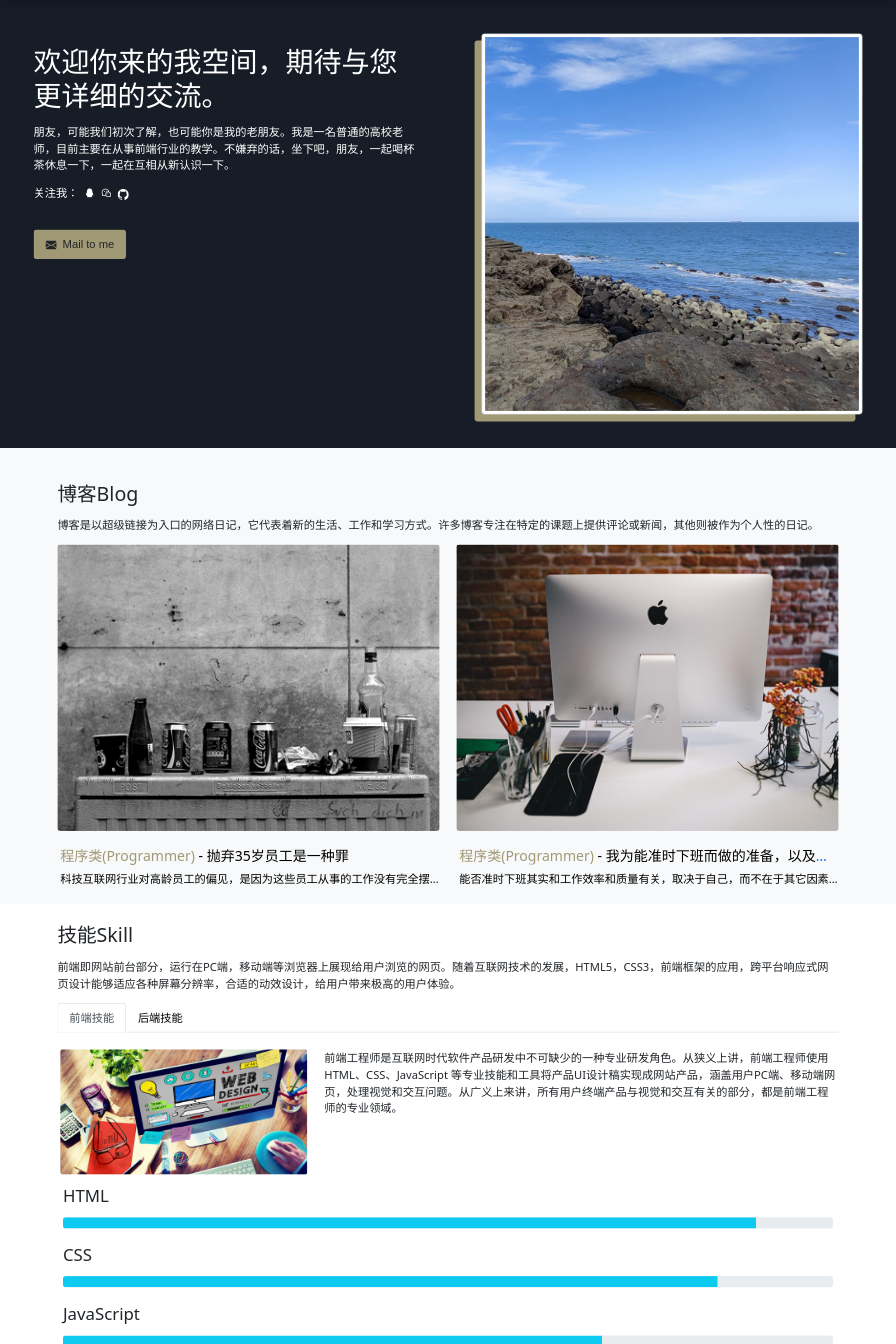
Repository: herjuandlonely/github.io
Page: index.html
An editor plug-in stored every save of this project. The page is shown before and after the next save, followed by the edit.
The browser window is 1280 px wide. The pictures show the part of the page from y = 0 to 1920 px (the page is 3812 px tall), at 70% of full size.

Above is the page before, as saved 2022-06-29 14:17:33.

### index.html
<!DOCTYPE html>
<html lang="en">
<head>
    <meta charset="UTF-8">
    <meta http-equiv="X-UA-Compatible" content="IE=edge">
    <meta name="viewport" content="width=device-width, initial-scale=1.0">
    <link rel="stylesheet" href="./bootstrap-4.6.1-dist/css/bootstrap.min.css">
    <link rel="stylesheet" href="./CSS/index.css">
    <link rel="stylesheet" href="./CSS/normalize.css">
    <link rel="stylesheet" href="./icon/font_3484823_t6q6q64gri/iconfont.css">
    <script src="./bootstrap-4.6.1-dist/js/bootstrap.bundle.min.js"></script>
    <title>Herju的个人网站</title>
</head>
<body class=" bg-light"  data-bs-spy="scroll" data-bs-target=".navbar">
    <!-- nav start -->
    <div class="container-fluid px-0 shadow navbarControl">
        <nav class="navbar navbar-expand-md navbar-dark navbarBg">
            <div class="container-fluid px-4">
                <a class="navbar-brand ms-4" herf="#">
                    Herju's Home
                </a>
                <button class="navbar-toggler" data-bs-toggle="collapse" data-bs-target="#foldBtn">
                    <span class="navbar-toggler-icon"></span>
                </button>
                <div class="collapse navbar-collapse" id="foldBtn">
                    <ul class="navbar-nav ms-auto me-4">
                        <li class="nav-item text-center">
                            <a class="nav-link fw-lighter" href="#bk">博客 Blog</a>
                        </li>
                        <li class="nav-item text-center">
                            <a class="nav-link fw-lighter" href="#jn">技能 Skill</a>
                        </li>
                        <li class="nav-item text-center">
                            <a class="nav-link fw-lighter" href="#ab">关于 About</a>
                        </li>
                        <li class="nav-item text-center">
                            <a class="nav-link fw-lighter" href="#lx">联系我 Call</a>
                        </li>
                    </ul>
                </div>
            </div>
        </nav>
    </div>
    <!-- nav end -->

    <!-- banner start -->
    <div class="container-fluid navbarBg">
        <div class="row">
            <div class="col-12 col-md-6 text-white p-5 pb-0 pb-md-5">
                <h1 style="font-size: 2.5rem;" class="my-3">欢迎你来的我空间，期待与您更详细的交流。</h1>
                <p class=" fw-lighter">朋友，可能我们初次了解，也可能你是我的老朋友。我是一名普通的高校老师，目前主要在从事前端行业的教学。不嫌弃的话，坐下吧，朋友，一起喝杯茶休息一下，一起在互相从新认识一下。</p>
                <ul class=" list list-unstyled d-flex align-items-center">
                    <li class="me-2">关注我：</li>
                    <li class="me-2 position-relative fs-6 banner-icon-qq">
                        <a href="#" class="text-white text-decoration-none">
                            <i class="iconfont icon-QQ"></i>
                        </a>
                        <img src="./image/QQ2.png" class="img-QQ">
                    </li>
                    <li class="me-2 position-relative fs-6 banner-icon-wx">
                        <a href="#" class="text-white text-decoration-none ">
                            <i class="iconfont icon-weixin"></i>
                        </a>
                        <img src="./image/wx2.png" class="img-WX">
                    </li>
                    <li class=" fs-6">
                        <a href="https://github.com/herjuandlonely" class="text-white text-decoration-none" target="_blank">
                            <svg xmlns="http://www.w3.org/2000/svg" width="16" height="16" fill="currentColor" class="bi bi-github" viewBox="0 0 16 16">
                                <path d="M8 0C3.58 0 0 3.58 0 8c0 3.54 2.29 6.53 5.47 7.59.4.07.55-.17.55-.38 0-.19-.01-.82-.01-1.49-2.01.37-2.53-.49-2.69-.94-.09-.23-.48-.94-.82-1.13-.28-.15-.68-.52-.01-.53.63-.01 1.08.58 1.23.82.72 1.21 1.87.87 2.33.66.07-.52.28-.87.51-1.07-1.78-.2-3.64-.89-3.64-3.95 0-.87.31-1.59.82-2.15-.08-.2-.36-1.02.08-2.12 0 0 .67-.21 2.2.82.64-.18 1.32-.27 2-.27.68 0 1.36.09 2 .27 1.53-1.04 2.2-.82 2.2-.82.44 1.1.16 1.92.08 2.12.51.56.82 1.27.82 2.15 0 3.07-1.87 3.75-3.65 3.95.29.25.54.73.54 1.48 0 1.07-.01 1.93-.01 2.2 0 .21.15.46.55.38A8.012 8.012 0 0 0 16 8c0-4.42-3.58-8-8-8z"/>
                            </svg>
                        </a>
                    </li>
                </ul>
                <button class="btn fw-lighter text-dark mt-4 mb-md-5 mb-0 btn-lg fs-6" style="background-color: #a19975;">
                    <svg xmlns="http://www.w3.org/2000/svg" width="16" height="16" fill="currentColor" class="bi bi-envelope-fill me-1" viewBox="0 0 16 16">
                        <path d="M.05 3.555A2 2 0 0 1 2 2h12a2 2 0 0 1 1.95 1.555L8 8.414.05 3.555ZM0 4.697v7.104l5.803-3.558L0 4.697ZM6.761 8.83l-6.57 4.027A2 2 0 0 0 2 14h12a2 2 0 0 0 1.808-1.144l-6.57-4.027L8 9.586l-1.239-.757Zm3.436-.586L16 11.801V4.697l-5.803 3.546Z"/>
                      </svg>
					Mail to me
                </button>
            </div>
            <div class="col-12 col-md-6 p-5 bannerImg d-flex justify-content-center">
                <img src="./image/IMG_20220625_204302.jpg" class=" img-thumbnail">
            </div>
        </div>
    </div>
    <!-- banner start -->

    <!-- Blog start -->
    <div class="container pt-5 pb-2">
        <h3 id="bk">博客<span class=" fw-lighter">Blog</span></h3>
        <p class=" fw-lighter mt-3">
            博客是以超级链接为入口的网络日记，它代表着新的生活、工作和学习方式。许多博客专注在特定的课题上提供评论或新闻，其他则被作为个人性的日记。
        </p>
        <div class="row">
            <div class="col-md-6 col-12">
                <a href="https://www.cnblogs.com/zhengyun_ustc/p/35_years_old.html" class=" text-decoration-none blog-text" target="_blank">
                    <img src="./image/piqsels.com-id-fggmp.png" class=" w-100 rounded-2">
                    <h5 class=" mt-4 ms-1">
                        <span style="color: #a19975;">程序类(Programmer)</span><span class=" fw-normal blog-text-title"> - 抛弃35岁员工是一种罪</span>
                    </h5>
                    <p class="mt-2 ms-1 fw-lighter text-truncate">科技互联网行业对高龄员工的偏见，是因为这些员工从事的工作没有完全摆脱劳动密集型的本质。</p>
                </a>
            </div>
            <div class="col-md-6 col-12 mt-4 mt-md-0">
                <a href="https://www.cnblogs.com/JavaArchitect/p/11062713.html" class=" text-decoration-none blog-text" target="_blank">
                    <img src="./image/piqsels.com-id-szhul.png" class=" w-100 rounded-2">
                    <h5 class=" mt-4 ms-1 text-truncate">
                        <span style="color: #a19975;">程序类(Programmer)</span><span class=" fw-normal blog-text-title"> - 我为能准时下班而做的准备，以及由此的收获，同时总结下不足</span>
                    </h5>
                    <p class="mt-2 ms-1 fw-lighter text-truncate">能否准时下班其实和工作效率和质量有关，取决于自己，而不在于其它因素。</p>
                </a>
            </div>
        </div>
    </div>
    <!-- Blog start -->

    <!-- Skill start -->
    <div class="container-fluid bg-white pt-4 pb-5">
        <div class="container mt-1">
            <h3 id="jn">技能<span class=" fw-lighter">Skill</span></h3>
            <p class=" fw-lighter mt-3">
                前端即网站前台部分，运行在PC端，移动端等浏览器上展现给用户浏览的网页。随着互联网技术的发展，HTML5，CSS3，前端框架的应用，跨平台响应式网页设计能够适应各种屏幕分辨率，合适的动效设计，给用户带来极高的用户体验。
            </p>
            <!-- 选项卡 -->
            <nav class="nav nav-tabs navtab-text">
                <a href="#start-skill" class="nav-link active" data-bs-toggle="tab">前端技能</a>
                <a href="#end-skill" class="nav-link" data-bs-toggle="tab">后端技能</a>
            </nav>
            <div class="tab-content mt-4 px-1">
                <div class="tab-pane fade show active" id="start-skill">
                    <div class="row">
                        <div class="col-lg-4 col-12">
                            <img src="./image/src=http___inews.gtimg.com_newsapp_match_0_8574056547_0.jpg&refer=http___inews.gtimg.jpeg" class="w-100 rounded-2">
                        </div>
                        <div class="col-lg-8 col-12 mt-3 mt-lg-0">
                            <p>前端工程师是互联网时代软件产品研发中不可缺少的一种专业研发角色。从狭义上讲，前端工程师使用 HTML、CSS、JavaScript 等专业技能和工具将产品UI设计稿实现成网站产品，涵盖用户PC端、移动端网页，处理视觉和交互问题。从广义上来讲，所有用户终端产品与视觉和交互有关的部分，都是前端工程师的专业领域。</p>
                        </div>
                    </div>
                    <div class="px-1">
                        <h4 class="mt-3">HTML</h4>
                        <div class="progress mt-3">
                            <div class="progress-bar bg-info" style="width: 90%;"></div>
                        </div>
                        <h4 class="mt-4">CSS</h4>
                        <div class="progress mt-3">
                            <div class="progress-bar bg-info" style="width: 85%;"></div>
                        </div>
                        <h4 class="mt-4">JavaScript</h4>
                        <div class="progress mt-3">
                            <div class="progress-bar bg-info" style="width: 70%;"></div>
                        </div>
                        <h4 class="mt-4">jQuery</h4>
                        <div class="progress mt-3">
                            <div class="progress-bar bg-info" style="width: 80%;"></div>
                        </div>
                        <h4 class="mt-4">BootStrap</h4>
                        <div class="progress mt-3">
                            <div class="progress-bar bg-info" style="width: 80%;"></div>
                        </div>
                        <h4 class="mt-4">Vue</h4>
                        <div class="progress mt-3">
                            <div class="progress-bar bg-info" style="width: 60%;"></div>
                        </div>
                    </div>
                </div>
                <div class="tab-pane fade" id="end-skill">
                    <div class="row">
                        <div class="col-lg-4 col-12">
                            <img src="./image/piqsels.com-id-szhul.png" class="w-100 rounded-2">
                        </div>
                        <div class="col-lg-8 col-12 mt-3 mt-lg-0">
                            <p>后端工程师隶属于软件研发工程师，是从事软件开发相关工作人员，其主要职责是平台设计、接口设计和功能实现。后端的工程师只负责提供接口和数据,专注于业务逻辑的实现,前端取到数据后在浏览器中展示,各司其职。在公司内，主要的内容负责后台内容的编写。</p>
                        </div>
                    </div>
                    <div class="px-1">
                        <h4 class="mt-3">Node.JS</h4>
                        <div class="progress mt-3">
                            <div class="progress-bar bg-info" style="width: 80%;"></div>
                        </div>
                    </div>
                </div>
            </div>
        </div>
    </div>
    <!-- Skill end -->

    <!-- 关于我 start -->
    <div class="container-fluid bg-light my-5">
        <div class="container">
            <h3 id="ab">
                关于我<span class=" fw-lighter">About</span>
            </h3>
            <p class=" fw-lighter mt-3">
                个人简历是求职者给招聘单位发的一份简要介绍。包含自己的基本信息：姓名、性别、年龄、民族、籍贯、政治面貌、学历、联系方式，以及自我评价、工作经历、学习经历、荣誉与成就、求职愿望、对这份工作的简要理解等等。以简洁重点为最佳标准。
            </p>
            <div class=" w-100 p-5 bg-white border shadow mt-5 row ms-0">
                <div class="col-md-3 col-12 ">
                    <div class=" text-center">
                        <div class="w-100">
                            <img src="./image/psc.jpg" class=" w-50 rounded-3 shadow" />
                        </div>
                        <div class="badge rounded-pill bg-info">
                            前端工程师
                        </div>
                    </div>
                </div>
                <div class="col-md-9 col-12 mt-3 mt-md-0">
                    <h3 class=" text-center text-md-start">何亚Herju</h3>
                    <hr class=" mt-1 mb-2">
                    <p>
                        何亚，英文名Herju，一般通过转行前端工程师。
                        <br>
                        曾在百度、时趣、乐视等公司担任过高级前端（软件）开发工程师。后在北京一所当地大学任教，主要职务是教学主任。因为本身也是一名IT技术人员，所以非常关注网站制作与最新技术发展。
                        <br>
                        从2009年开始接触前端技术并时常的在一些地方发表一些技术研究文章。文章包含非常广泛，涉及新的一些JavaScript技术、新的CSS样式解析、小游戏开发。
                        <br>
                        精通UI设计、Node.JS、PHP、Python、SQL、前端开发多种技术，曾为百度七巧板框架的研发成员。曾参与数个超大规模数据挖掘技术、构建和运营、长期参与一线项目开发和项目管控，拥有企业级系统开发经验，对HTML5移动端互联网技术及生态体系有深刻理解，并且完成《北京CED互联网人才岗位技能蓝皮书》的前端部分的编写。
                    </p>
                </div>
            </div>
        </div>
    </div>
    <!-- 关于我 end -->

    <!-- 联系我 start -->
    <div class="container-fluid py-5 bg-white">
        <div class="container">
            <h3 id="lx">
                联系我<span class=" fw-lighter">Call</span>
            </h3>
            <p class=" fw-lighter mt-3 mb-5">
                我知道你一定有很多话想跟我说，无论是学习的，还是其他方面的，只要你有问题，就可以发送给我，我会尽可能与你联系。
            </p>
            <div class="row">
                <div class="col-12 col-md-5 order-2 order-md-0 mt-4 mt-md-0">
                    <div class=" d-none d-md-block">
                        <h5>发一封邮件试试</h5>
                        <span class=" fw-lighter">今天第一次刚认识我？没关系，我们已经是朋友了。发个邮件让我知道你来过了。</span>
                    </div>
                    <h5 class="mt-4 mt-md-5">联系方式</h5>
                    <b>Email:</b>
                    <span>1026275854@qq.com</span><br>
                    <b>Phone:</b>
                    <span>13724043160</span><br>
                    <b>QQ:</b>
                    <span>1026275854</span><br>
                    <b>微信:</b>
                    <span>13724043160</span>
                    <h5 class="mt-4">联系地址</h5>
                    <b>Office:</b>
                    <span>广东省湛江市霞山区</span>
                </div>
                <div class="col-md-7 col-12 border shadow">
                    <form>
                        <div class="row p-5">
                            <div class="col-12 d-block d-md-none mb-4">
                                <h5>发一封邮件试试</h5>
                                <span class=" fw-lighter">今天第一次刚认识我？没关系，我们已经是朋友了。发个邮件让我知道你来过了。</span>
                            </div>
                            <div class="col-6">
                                <label class=" form-label fw-lighter" for="firstNameIput">First Name<span class=" text-danger">*</span></label>
                                <input type="text" required class="form-control" id="firstNameIput" placeholder="First Name"/>
                                <label class=" form-label fw-lighter mt-4" for="email">Email:</label>
                                <input type="text" class="form-control" id="email" placeholder="Email"/>
                            </div>
                            <div class="col-6">
                                <label class=" form-label fw-lighter" for="lastNameIput">Last Name<span class=" text-danger">*</span></label>
                                <input type="text" required class="form-control" id="lastNameIput" placeholder="Last Name"/>
                                <label class=" form-label fw-lighter mt-4" for="phoneIput">Phone Number:</label>
                                <input type="text" class="form-control" id="phoneIput" placeholder="Last Name"/>
                            </div>
                            <div class="col-12 mt-4">
                                <label class=" form-label fw-lighter" for="msgIput">Message<span class=" text-danger">*</span></label>
                                <textarea class=" form-control" required id="msgIput"></textarea>
                                <button class="btn btn-dark mt-4 send" type="submit">发送邮件</button>
                            </div>
                        </div>
                    </form>
                </div>
            </div>
        </div>
    </div>
    <div class="alertAll d-none">
        <div class="alertNode d-block d-md-none">
            <div class="alert alert-dark m-0 p-0 alertNodeContent position-absolute translate-middle top-50 start-50 p-md-5 p-3  fade show alert-dismissible pb-md-3 pb-2 w-75">
                <h3 class=" lh-base mb-0">我已收到您宝贵的建议，非常感谢！</h3>
                <hr class=" m-md-3 m-2 mt-3 mt-md-5">
                <div class="row">
                    <div class="col-6 border-end border-secondary good">
                        <div class=" text-center fs-4 my-0">好的</div>
                    </div>
                    <div class="col-6 cancel">
                        <div class=" text-center fs-4 my-0">取消</div>
                    </div>
                </div>
            </div>
        </div>
        <div class="alertNode d-none d-md-block">
            <div class="alert alert-dark m-0 p-0 alertNodeContent position-absolute translate-middle top-50 start-50 p-md-5 p-3  fade show alert-dismissible">
                <button class=" btn-close d-none d-md-block" data-bs-dismiss="alert"></button>
                <h3 class=" lh-base mb-0">我已收到您宝贵的建议，非常感谢！</h3>
            </div>
        </div>
    </div>
    <!-- 联系我 end -->

    <!-- footer start -->
    <div class="container-fluid navbarBg py-5">
        <div class="container">
            <div class="row">
                <div class="col-md-3 col-12 text-center text-md-start">
                    <ul class=" list-unstyled text-light">
                        <li class=" fw-bold">服务器端支持</li>
                        <li class="mt-2 fw-light"><small>Web端支持</small></li>
                        <li class=" fw-light"><small>Phone端支持</small></li>
                    </ul>
                </div>
                <div class="col-md-3 col-12 text-center text-md-start">
                    <ul class=" list-unstyled text-light">
                        <li class=" fw-bold">功能性模块</li>
                        <li class="mt-2 fw-light"><small>博客Blog</small></li>
                        <li class=" fw-light"><small>技能Skill</small></li>
                        <li class=" fw-light"><small>关于About</small></li>
                        <li class=" fw-light"><small>联系我Call</small></li>
                    </ul>
                </div>
                <div class="col-md-3 col-12 text-center text-md-start">
                    <ul class=" list-unstyled text-light">
                        <li class=" fw-bold">技能支持</li>
                        <li class="mt-2 fw-light"><small>Web前端技术</small></li>
                        <li class=" fw-light"><small>PhotoShop</small></li>
                        <li class=" fw-light"><small>BootStrap 5</small></li>
                    </ul>
                </div>
                <div class="col-md-3 col-12 text-center text-md-start">
                    <ul class=" list-unstyled text-light">
                        <li class=" fw-bold">Herju's Home</li>
                        <li class="mt-2 fw-light"><small>何亚耗时5小时完成的个人网站，希望大家喜欢，这是一个非常不错的项目练习。</small></li>
                    </ul>
                </div>
                <div class="col-12 text-center text-light mt-3">
                    <span>此网站由 何亚Herju © 1997-2022 版权所有</span>
                    <br>
                    <span>工业和信息化部备案管理系统网站</span>
                </div>
            </div>

        </div>
    </div>
    <!-- footer end -->

    <script src="./JS/index.js"></script>
</body>
</html>

### CSS/index.css
.navbarBg{
    background-color: #161d27;
}
.img-QQ{
    width: 10rem;
    height: 10rem;
    position: absolute;
    left: -73px;
    top: 25px;
    display: none;
}
.img-WX{
    width: 10rem;
    height: 10rem;
    position: absolute;
    left: -73px;
    top: 25px;
    display: none;
}
.img-QQ.d-show{
    display: block;
}
.img-WX.d-show{
    display: block;
}
.bannerImg img{
    box-shadow: -10px 10px 0px #a19975;
}
.blog-text-title{
    color: black;
}
.blog-text:hover .blog-text-title{
    color: blue;
}
.blog-text p{
    color: #000;
}
.blog-text:hover p{
    color: blue;
}
.navtab-text a{
    color: #000;
}
.alertNode{
    position: fixed;
    top: 0;
    bottom: 0;
    left: 0;
    right: 0;
    background-color: rgba(0, 0, 0, .7);
    z-index: 999;
}
.alertNode .good{
    cursor: pointer;
}
.alertNode .cancel{
    cursor: pointer;
}
.navbarControl{
    transition: .3s;
    position: fixed;
    top: 0;
    left: 0;
    z-index: 999;
}
.navbarControl.showAndHide{
    top: -56px;
}

### icon/font_3484823_t6q6q64gri/iconfont.css
@font-face {
  font-family: "iconfont"; /* Project id 3484823 */
  src: url('iconfont.woff2?t=1656149880118') format('woff2'),
       url('iconfont.woff?t=1656149880118') format('woff'),
       url('iconfont.ttf?t=1656149880118') format('truetype');
}

.iconfont {
  font-family: "iconfont" !important;
  font-size: 16px;
  font-style: normal;
  -webkit-font-smoothing: antialiased;
  -moz-osx-font-smoothing: grayscale;
}

.icon-QQ:before {
  content: "\e882";
}

.icon-weixin:before {
  content: "\e8bb";
}

Loaded but not shown: bootstrap-4.6.1-dist/css/bootstrap.min.css (library); CSS/normalize.css (library); bootstrap-4.6.1-dist/js/bootstrap.bundle.min.js (library); JS/index.js (97 lines, source omitted)

After the next save:
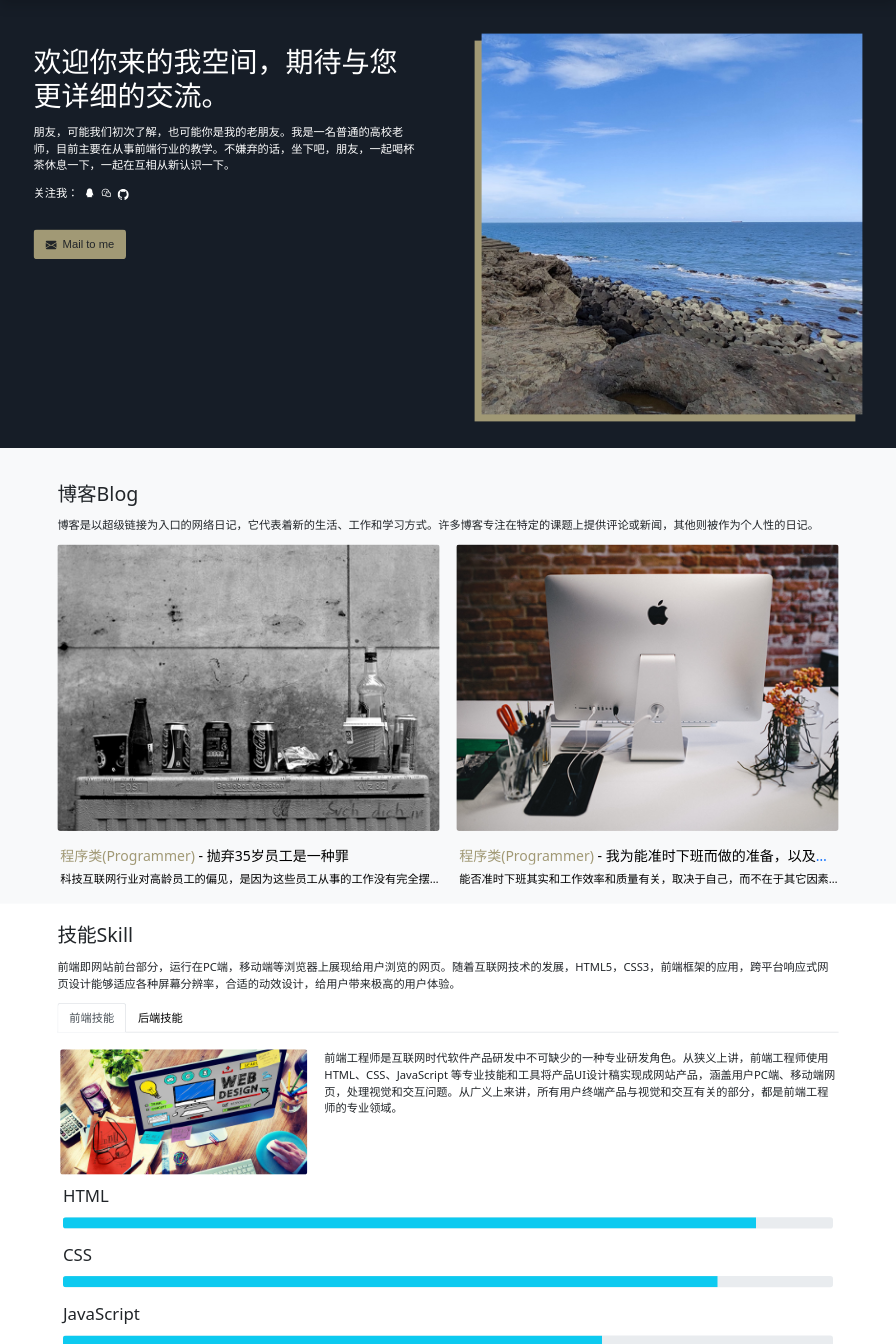
Saved 38 s later.
--- a/index.html
+++ b/index.html
@@ -79,7 +79,7 @@
                 </button>
             </div>
             <div class="col-12 col-md-6 p-5 bannerImg d-flex justify-content-center">
-                <img src="./image/IMG_20220625_204302.jpg" class=" img-thumbnail">
+                <img src="./image/IMG_20220625_204302.jpg" class=" img-fluid">
             </div>
         </div>
     </div>
